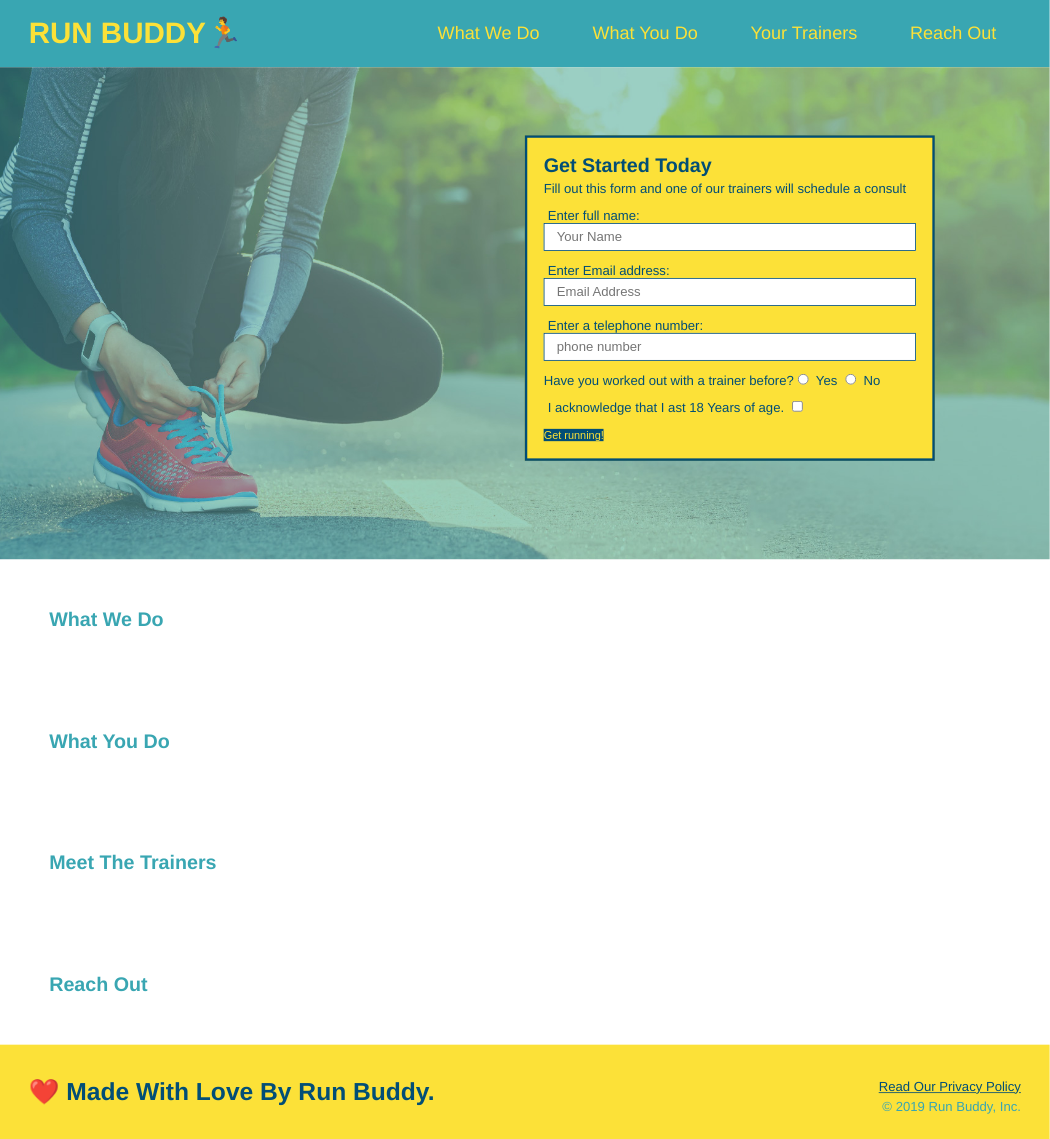
Repository: pilar122/run-buddy
Page: index.html
These files come from the project's save history. The page is drawn as it stood at one moment and after the next save; the edit follows.
The browser window is 1280 px wide. The pictures show the whole page, at 82% of full size.

Above is the page before, as saved 2023-01-21 15:09:42.

After the next save:
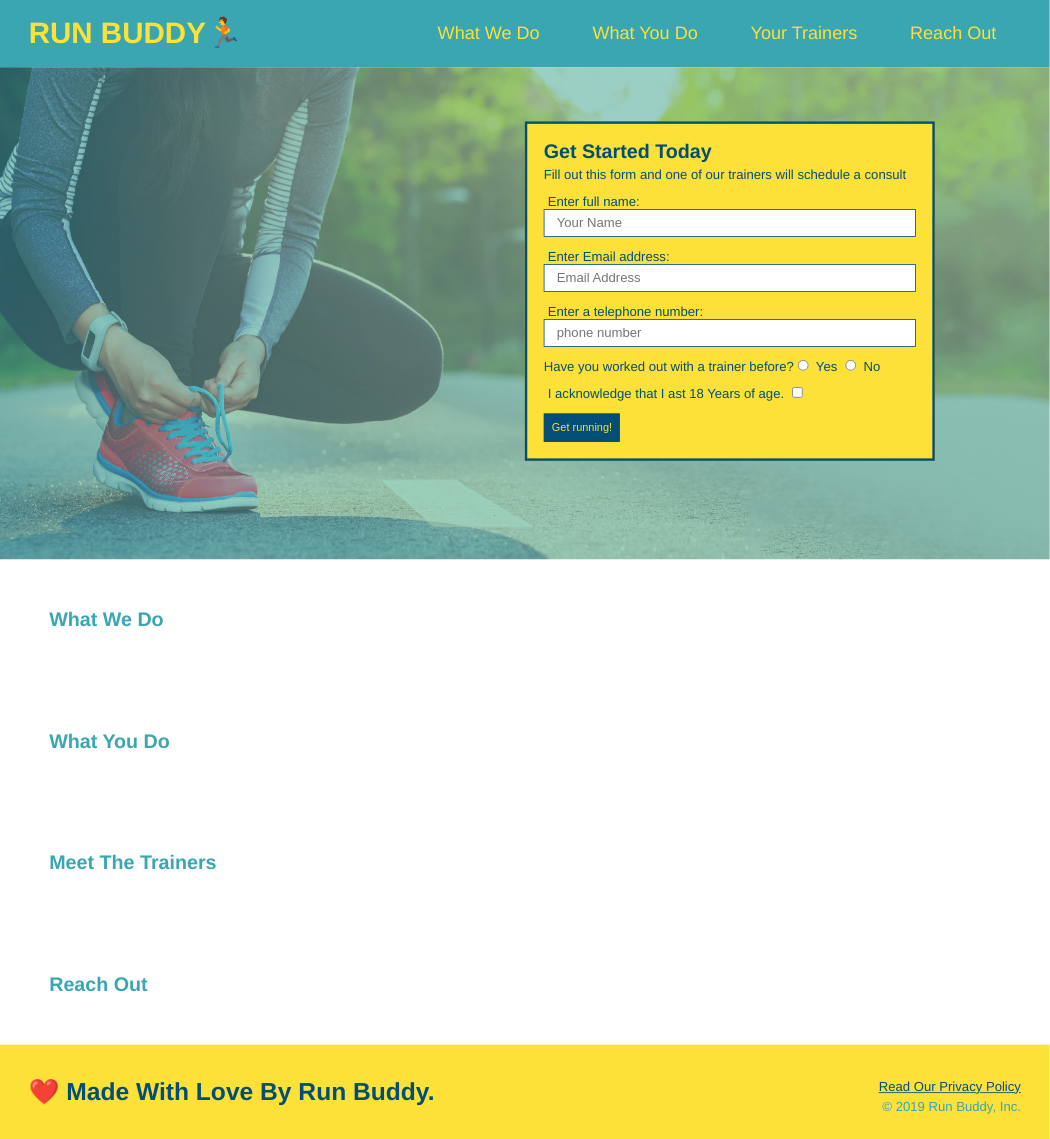
Saved 4 s later.
--- a/assets/css/style.css
+++ b/assets/css/style.css
@@ -119,5 +119,5 @@ section {
     color: #fce138;
     background-color: #024e76;
     border:none;
-    padding: ;
+    padding: 10px;
 }
